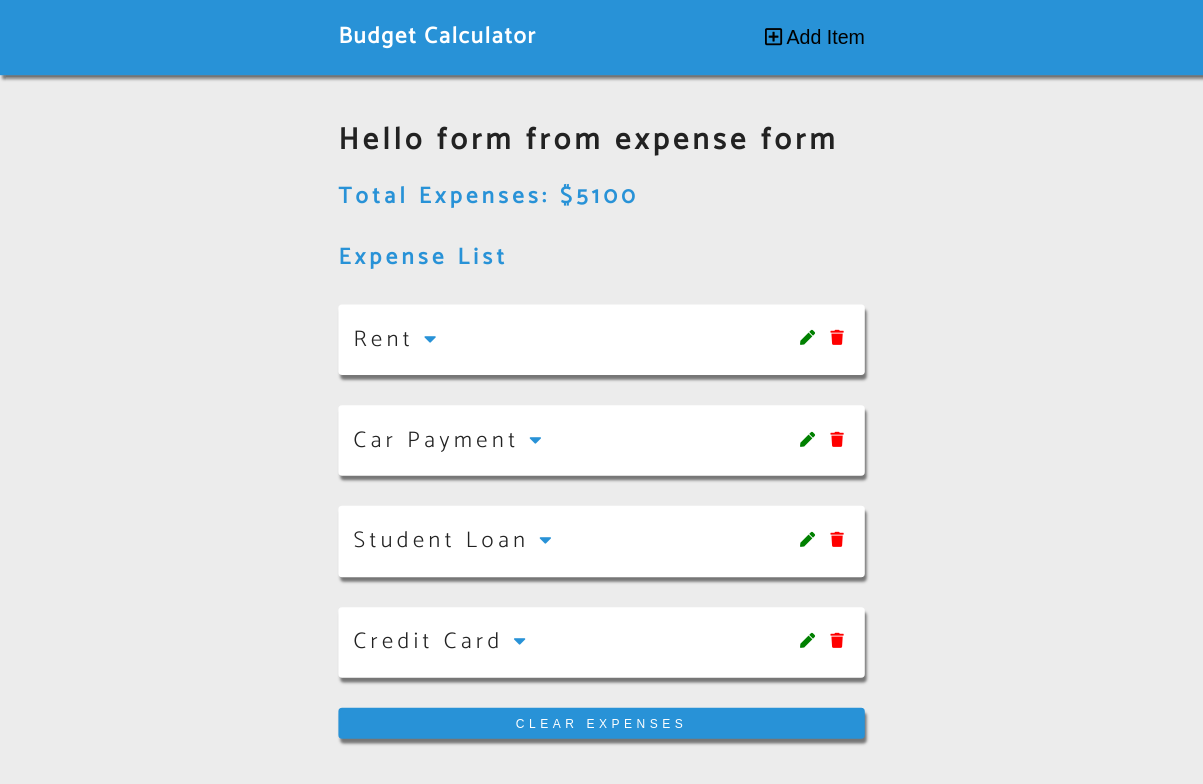
Repository: webdril/budget
Page: /
These files come from the project's save history. The page is drawn as it stood at one moment and after the next save; the edit follows.
The browser window is 1280 px wide. The pictures show the whole page, at 94% of full size.
The project was rebuilt for these pictures with package versions that can differ from the ones it lists, and the page was loaded fresh each time.

Above is the page before, as saved 2020-03-13 21:20:10.

After the next save:
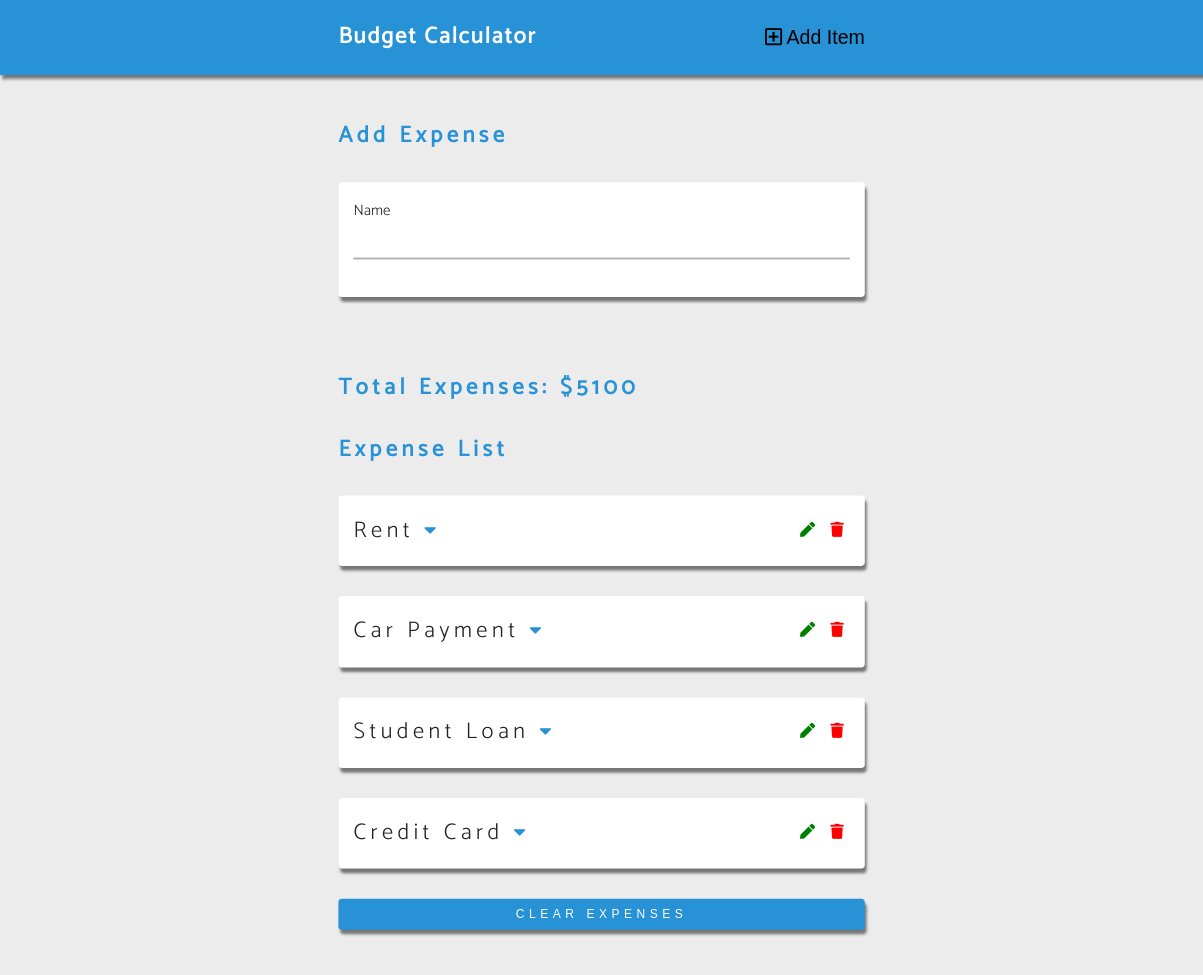
Saved 3 min 3 s later.
--- a/src/ExpenseForm.svelte
+++ b/src/ExpenseForm.svelte
@@ -1 +1,13 @@
-<h1>Hello form from expense form</h1>
+<script>
+import Title from './Title.svelte'
+</script>
+
+<section class="form">
+    <Title title= "add expense" />
+    <form class="expense-form">
+        <div class="form-control">
+            <label for="name">Name</label>
+            <input type="text" id="name" />
+        </div>
+    </form>
+</section>
